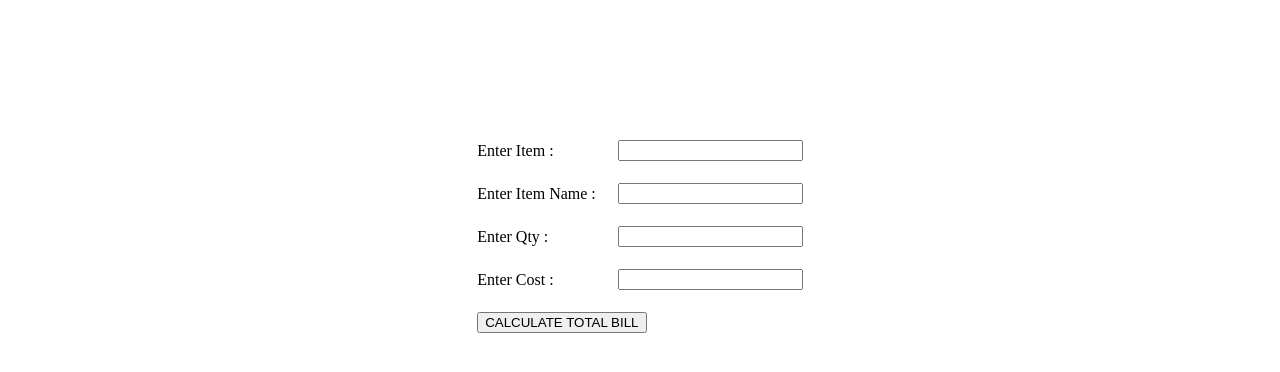
Repository: gajanansp07/Advance_Java_Practice
Page: Webapp/src/main/webapp/totalbill.html
The author's editor kept a copy of each file at every save. The page is drawn from the files as they stood at one save, then again after the next save.
The browser window is 1280 px wide. The pictures show the whole page.

Above is the page before, as saved 2022-03-13 08:17:59.

### Webapp/src/main/webapp/totalbill.html
<!DOCTYPE html>
<html>
<head>
<meta charset="ISO-8859-1">
<title>Insert title here</title>

<style>
   body{
   		    margin-top: 10%;
   }
	td{
		padding: 10px;
}
table{
		text-align: -webkit-center;
}
</style>
<script type="text/javascript">
function fullName() {
	  const output = document.getElementById('fullname');
	  let text = document.getElementById('fn').value;
	  output.innerHTML = text.concat(" "+document.getElementById('ln').value);
	}
</script>

</head>
<body>
	<form>
	<table align="center">
	<tr> <td> Enter Item : </td><td> <input type="text" name="inum" palceholder="Iterm Number :Like 1" > </td> </tr>
	<tr> <td> Enter Item Name : </td><td> <input type="text" name="iname" > </td> </tr>
	<tr> <td> Enter Qty : </td><td> <input type="text" name="iqn" > </td></tr>
	<tr> <td> Enter Cost : </td><td> <input type="text" name="icost" > </td></tr>
	<tr> <td colspan=2> <input type="button" value="CALCULATE TOTAL BILL"> </td> </tr>
	</table>
	</form>
</body>
</html>

After the next save:
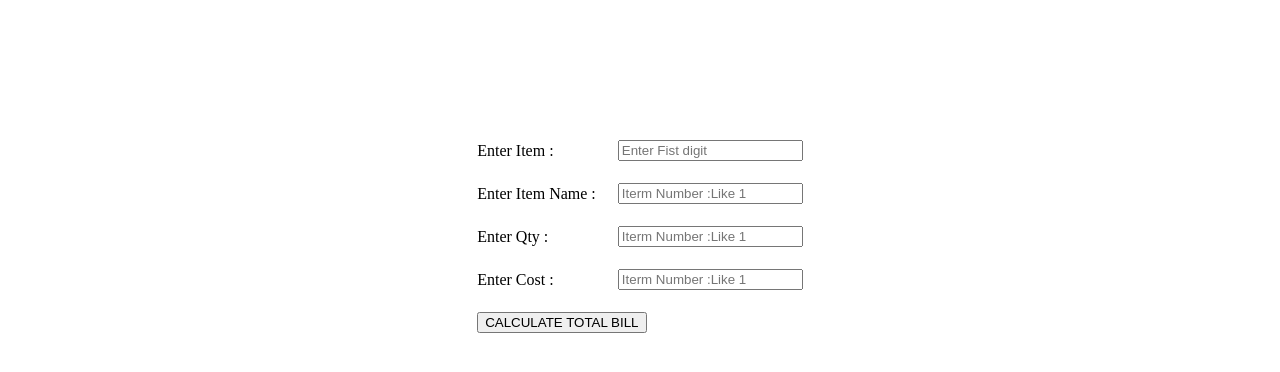
Saved 2 min 12 s later.
--- a/Webapp/src/main/webapp/totalbill.html
+++ b/Webapp/src/main/webapp/totalbill.html
@@ -27,10 +27,10 @@ function fullName() {
 <body>
 	<form>
 	<table align="center">
-	<tr> <td> Enter Item : </td><td> <input type="text" name="inum" palceholder="Iterm Number :Like 1" > </td> </tr>
-	<tr> <td> Enter Item Name : </td><td> <input type="text" name="iname" > </td> </tr>
-	<tr> <td> Enter Qty : </td><td> <input type="text" name="iqn" > </td></tr>
-	<tr> <td> Enter Cost : </td><td> <input type="text" name="icost" > </td></tr>
+	<tr> <td> Enter Item : </td><td> <input type="text" name="inum" id="in" placeholder="Enter Fist digit" > </td> </tr>
+	<tr> <td> Enter Item Name : </td><td> <input type="text" name="iname" id="in" placeholder="Iterm Number :Like 1" > </td> </tr>
+	<tr> <td> Enter Qty : </td><td> <input type="text" name="iqn" id="in" placeholder="Iterm Number :Like 1" > </td></tr>
+	<tr> <td> Enter Cost : </td><td> <input type="text" name="icost"  id="in" placeholder="Iterm Number :Like 1" > </td></tr>
 	<tr> <td colspan=2> <input type="button" value="CALCULATE TOTAL BILL"> </td> </tr>
 	</table>
 	</form>
